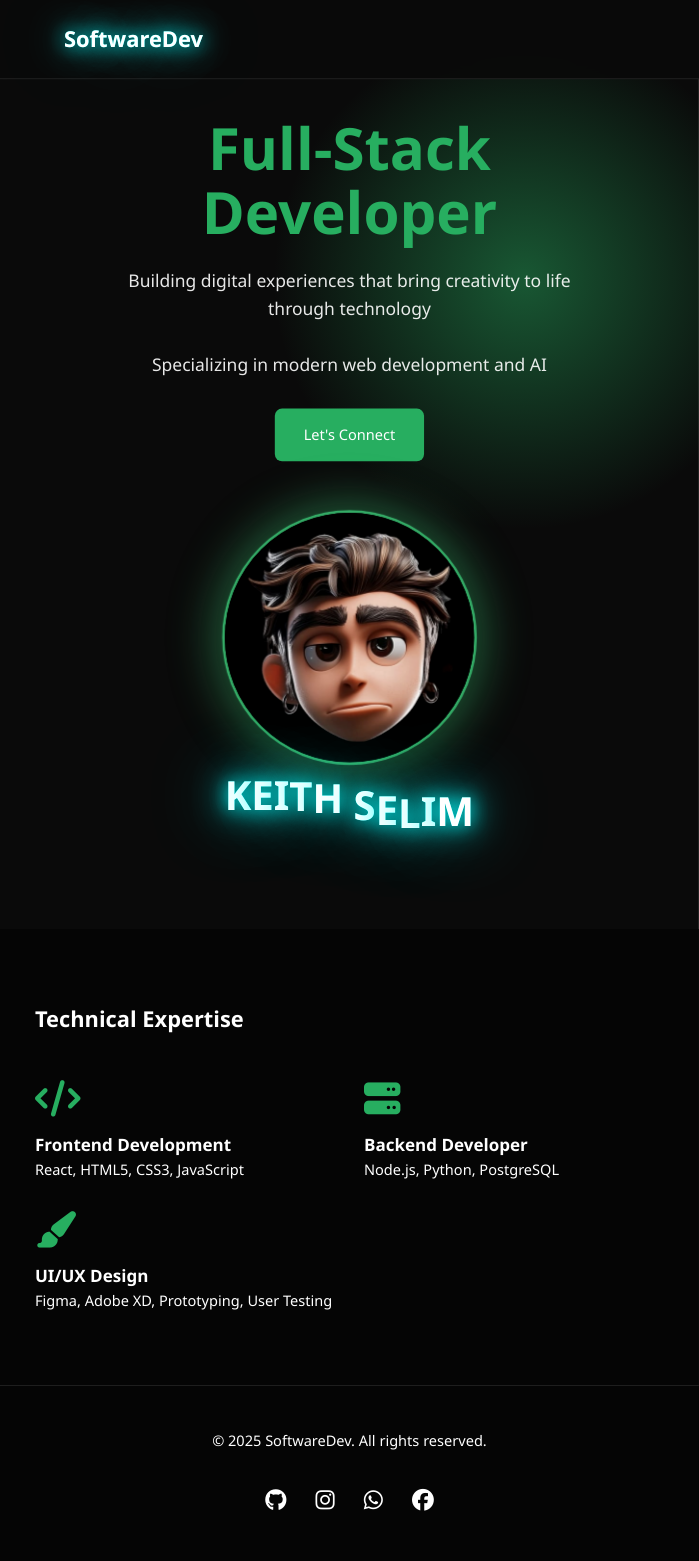
Repository: PEEZYBEE/my-react-portfolio
Page: /
The author's editor kept a copy of each file at every save. The page is drawn from the files as they stood at one save, then again after the next save.
The browser window is 768 px wide. The pictures show the whole page, at 91% of full size.
The project was rebuilt for these pictures with package versions that can differ from the ones it lists, and the page was loaded fresh each time. Also part of the build but not shown: vite.config.js.

Above is the page before, as saved 2025-04-21 01:52:01.

After the next save:
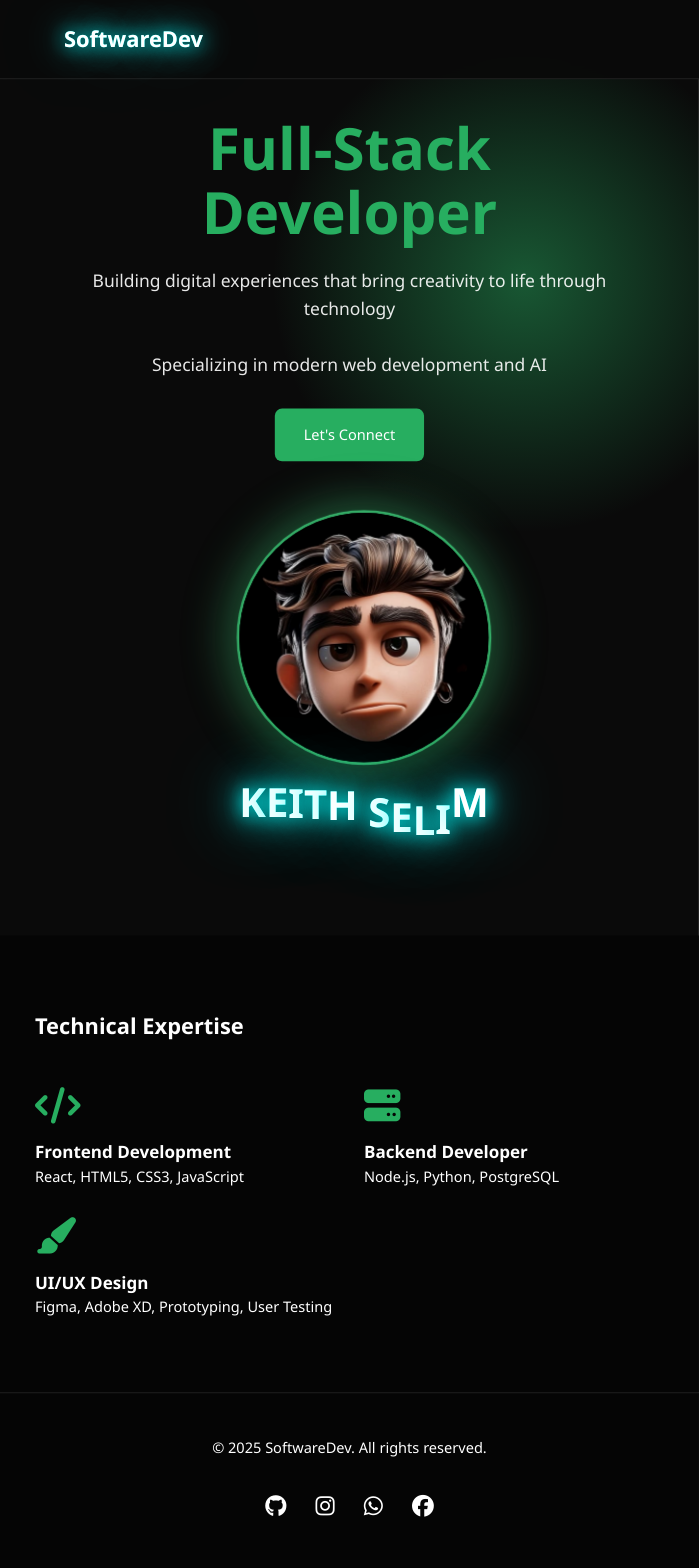
Saved 112 s later.
--- a/src/components/Hero.css
+++ b/src/components/Hero.css
@@ -2,61 +2,50 @@
     display: flex;
     justify-content: space-between;
     align-items: center;
-    padding: 2rem;
-    flex-wrap: wrap;
+    padding: 4rem;
+    background: linear-gradient(to right, #1a1a1a, #2e8b57); /* dark to greenish */
+    color: white;
   }
 
   .hero-content {
     flex: 1;
-    max-width: 500px;
+    max-width: 600px;
   }
 
   .hero-image-container {
-    flex: 1;
-    display: flex;
-    justify-content: center;
-    align-items: center;
-    margin-left: 1rem;
-  }
-
-  .profile-wrapper {
     display: flex;
     flex-direction: column;
     align-items: center;
+    margin-left: 2rem;
+    flex: 1;
   }
 
   .profile-img {
     width: 200px;
     height: 200px;
+    border-radius: 50%;
     object-fit: cover;
-    border-radius: 50%;
-    border: 3px solid #646cff;
+    border: 4px solid white;
     margin-bottom: 1rem;
   }
 
   .bouncing-letters span {
     display: inline-block;
-    animation: bounce 1s infinite alternate;
+    animation: bounce 1s infinite;
   }
 
-  .bouncing-letters span:nth-child(2) { animation-delay: 0.1s; }
-  .bouncing-letters span:nth-child(3) { animation-delay: 0.2s; }
-  .bouncing-letters span:nth-child(4) { animation-delay: 0.3s; }
-  .bouncing-letters span:nth-child(5) { animation-delay: 0.4s; }
-  .bouncing-letters span:nth-child(6) { animation-delay: 0.5s; }
-  .bouncing-letters span:nth-child(7) { animation-delay: 0.6s; }
-  .bouncing-letters span:nth-child(8) { animation-delay: 0.7s; }
-  .bouncing-letters span:nth-child(9) { animation-delay: 0.8s; }
-  .bouncing-letters span:nth-child(10) { animation-delay: 0.9s; }
-  .bouncing-letters span:nth-child(11) { animation-delay: 1s; }
+  .bouncing-letters span:nth-child(odd) {
+    animation-delay: 0.1s;
+  }
+  .bouncing-letters span:nth-child(even) {
+    animation-delay: 0.2s;
+  }
 
   @keyframes bounce {
-    0% { transform: translateY(0); }
-    100% { transform: translateY(-10px); }
-  }
-  @media (max-width: 768px) {
-    .hero-image-container {
-      margin-left: 0; /* Reset for small screens */
-      justify-content: center;
+    0%, 100% {
+      transform: translateY(0);
+    }
+    50% {
+      transform: translateY(-10px);
     }
   }

After the 3 saves that followed:
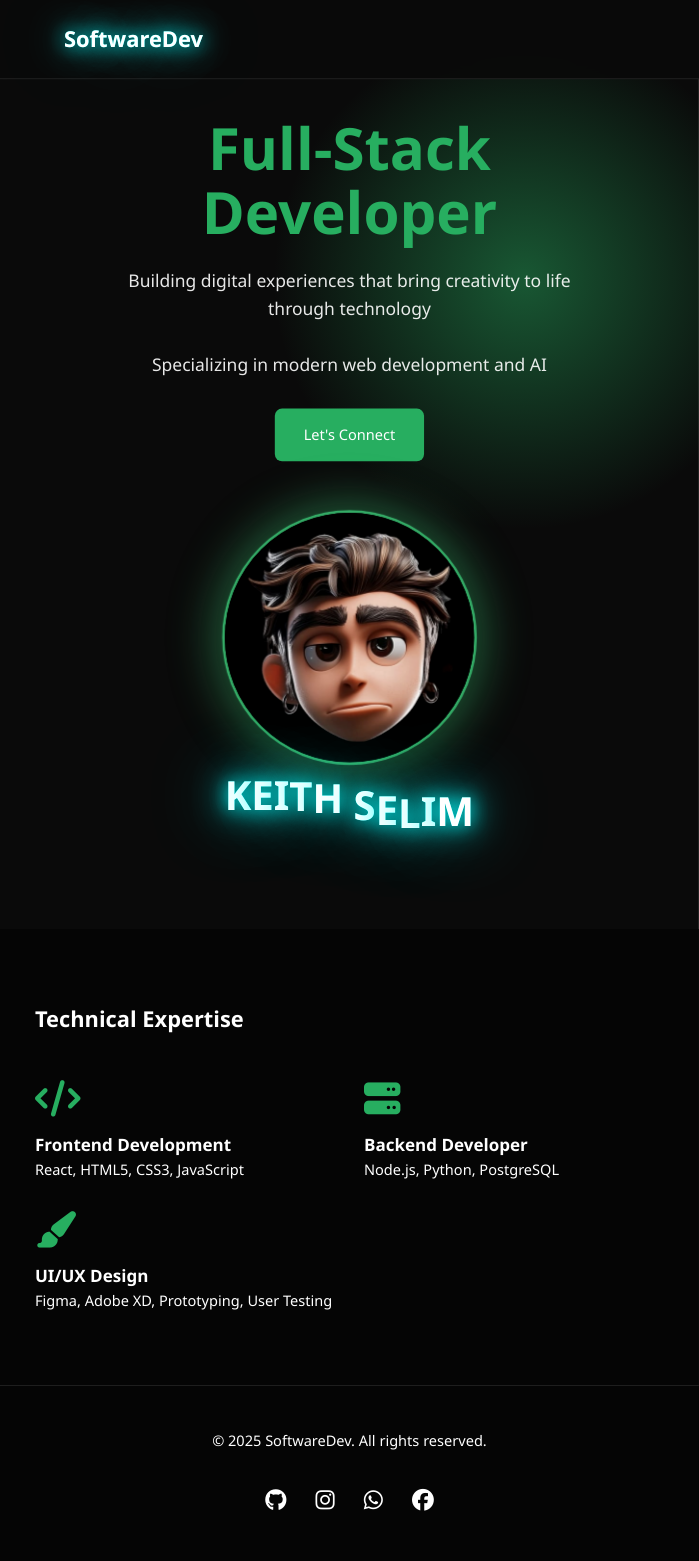
The 3 saves are shown as one change because they came seconds apart.
The last was saved 31 s later.
--- a/src/components/Hero.css
+++ b/src/components/Hero.css
@@ -2,50 +2,61 @@
     display: flex;
     justify-content: space-between;
     align-items: center;
-    padding: 4rem;
-    background: linear-gradient(to right, #1a1a1a, #2e8b57); /* dark to greenish */
-    color: white;
+    padding: 2rem;
+    flex-wrap: wrap;
   }
 
   .hero-content {
     flex: 1;
-    max-width: 600px;
+    max-width: 500px;
   }
 
   .hero-image-container {
+    flex: 1;
+    display: flex;
+    justify-content: center;
+    align-items: center;
+    margin-left: 1rem;
+  }
+
+  .profile-wrapper {
     display: flex;
     flex-direction: column;
     align-items: center;
-    margin-left: 2rem;
-    flex: 1;
   }
 
   .profile-img {
     width: 200px;
     height: 200px;
+    object-fit: cover;
     border-radius: 50%;
-    object-fit: cover;
-    border: 4px solid white;
+    border: 3px solid #646cff;
     margin-bottom: 1rem;
   }
 
   .bouncing-letters span {
     display: inline-block;
-    animation: bounce 1s infinite;
+    animation: bounce 1s infinite alternate;
   }
 
-  .bouncing-letters span:nth-child(odd) {
-    animation-delay: 0.1s;
-  }
-  .bouncing-letters span:nth-child(even) {
-    animation-delay: 0.2s;
-  }
+  .bouncing-letters span:nth-child(2) { animation-delay: 0.1s; }
+  .bouncing-letters span:nth-child(3) { animation-delay: 0.2s; }
+  .bouncing-letters span:nth-child(4) { animation-delay: 0.3s; }
+  .bouncing-letters span:nth-child(5) { animation-delay: 0.4s; }
+  .bouncing-letters span:nth-child(6) { animation-delay: 0.5s; }
+  .bouncing-letters span:nth-child(7) { animation-delay: 0.6s; }
+  .bouncing-letters span:nth-child(8) { animation-delay: 0.7s; }
+  .bouncing-letters span:nth-child(9) { animation-delay: 0.8s; }
+  .bouncing-letters span:nth-child(10) { animation-delay: 0.9s; }
+  .bouncing-letters span:nth-child(11) { animation-delay: 1s; }
 
   @keyframes bounce {
-    0%, 100% {
-      transform: translateY(0);
-    }
-    50% {
-      transform: translateY(-10px);
+    0% { transform: translateY(0); }
+    100% { transform: translateY(-10px); }
+  }
+  @media (max-width: 768px) {
+    .hero-image-container {
+      margin-left: 0; /* Reset for small screens */
+      justify-content: center;
     }
   }
